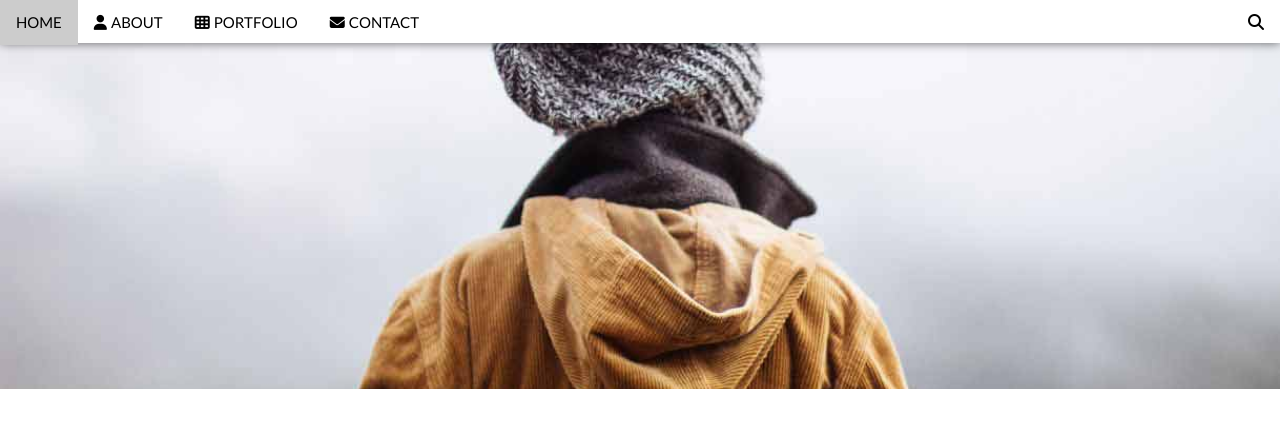
Repository: xd25vn/project-error
Page: index.html
These files come from the project's save history. The page is drawn as it stood at one moment and after the next save; the edit follows.
The browser window is 1280 px wide. The pictures show the whole page.

Above is the page before, as saved 2023-09-02 14:24:37.

### index.html
<html lang="en">
<head>
    <meta charset="UTF-8">
    <meta name="viewport" content="width=device-width, initial-scale=1.0">
    <title>TEMPLATE PARALLAX</title>
    <link rel="stylesheet" href="./assets/base.css">
    <link rel="stylesheet" href="./assets/main.css">
    <link rel="stylesheet" href="https://fonts.googleapis.com/css?family=Lato">
    <link rel="stylesheet" href="./assets/font/fontawesome-free-6.4.0-web/fontawesome-free-6.4.0-web/css/all.min.css">
</head>
<body>
    <!--! HEADER -->
    <header>
        <!--? NAV -->
        <ul id="nav">
            <li><a href="#">Home</a></li>
            <li><a href="#"><i class="fa-solid fa-user"></i>About</a></li>
            <li><a href="#"><i class="fa fa-th"></i>Portfolio</a></li>
            <li><a href="#"><i class="fa-solid fa-envelope"></i>contact</a></li>
        </ul>
        <div class="nav-icon-search">
            <i class="fa-solid fa-magnifying-glass"></i>
        </div>
        <!--? NAV -->
    </header>
    <!--! HEADER -->
    <!--& SIDEBAR -->
    <div id="sidebar">
        <div class="sidebar-img-one"></div>
    </div>
    <!-- & SIDEBAR -->
    <div id="content">
        <div class="about">

        </div>

        <div class="portfolio">

        </div>

        <div class="my-work">

        </div>

        <div class="contact">

        </div>

        <div class="map-work">

        </div>
    </div>

    <footer id="footer">

    </footer>
</body>
</html>

### assets/base.css
* {
    margin: 0;
    padding: 0;
    box-sizing: border-box;
}
body {
    background-color: #fff;
    font-family: "Lato", sans-serif;
}

### assets/main.css
header #nav {
    display: flex;
    height: 43px;
    width: 100%;
    background-color: #fff;
    box-shadow: 0 0 10px rgba(0, 0, 0, 0.6);
    list-style: none;
    align-items: center;
    position: relative;
}

header #nav li {
    padding: 14px 16px;
    display: block;
}

header #nav li i {
    padding-right: 4px;
}

header
#nav
li a {
    text-decoration: none;
    color: #000;
    font-size: 15px;
    text-transform: uppercase;
}

header
#nav
li:hover {
    background: #ccc;
    cursor: pointer;
}

header
.nav-icon-search
i {
    position: absolute;
    top: 0;
    right: 0;
    padding: 14px 16px;
    text-align: center;
}

header .nav-icon-search:hover i {
    background-color: #f44336 !important;
    color: #fff;
    display: block;
    cursor: pointer;
}

#sidebar .sidebar-img-one {
    background: url(../assets/image/sidebar1.jpg) center / cover no-repeat;
    padding-top: 27%;
}

Loaded but not shown: assets/font/fontawesome-free-6.4.0-web/fontawesome-free-6.4.0-web/css/all.min.css (library)

After the next save:
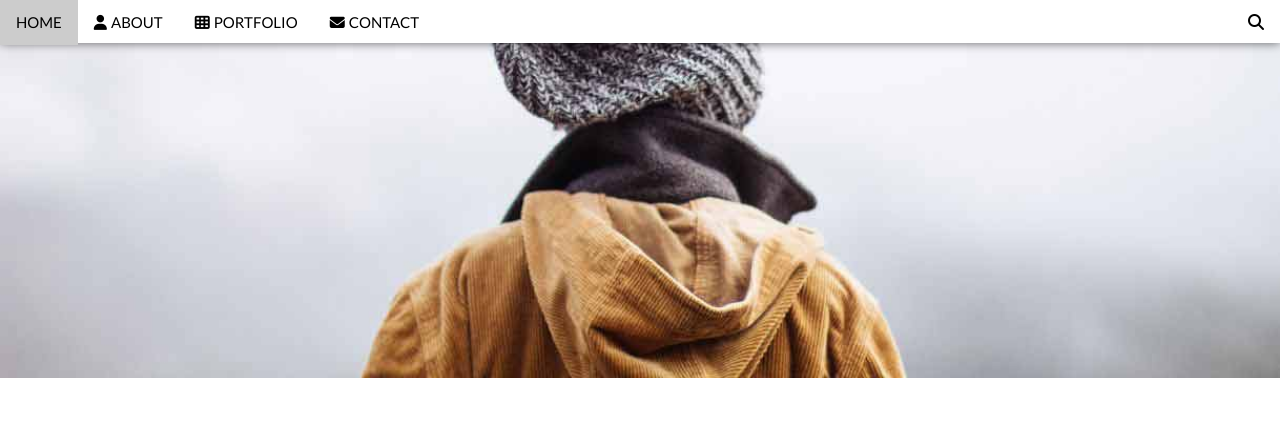
Saved 21 s later.
--- a/assets/main.css
+++ b/assets/main.css
@@ -53,5 +53,5 @@
 
 #sidebar .sidebar-img-one {
     background: url(../assets/image/sidebar1.jpg) center / cover no-repeat;
-    padding-top: 27%;
+    padding-top: calc(27% - 10.8px);
 }

After the save that followed:
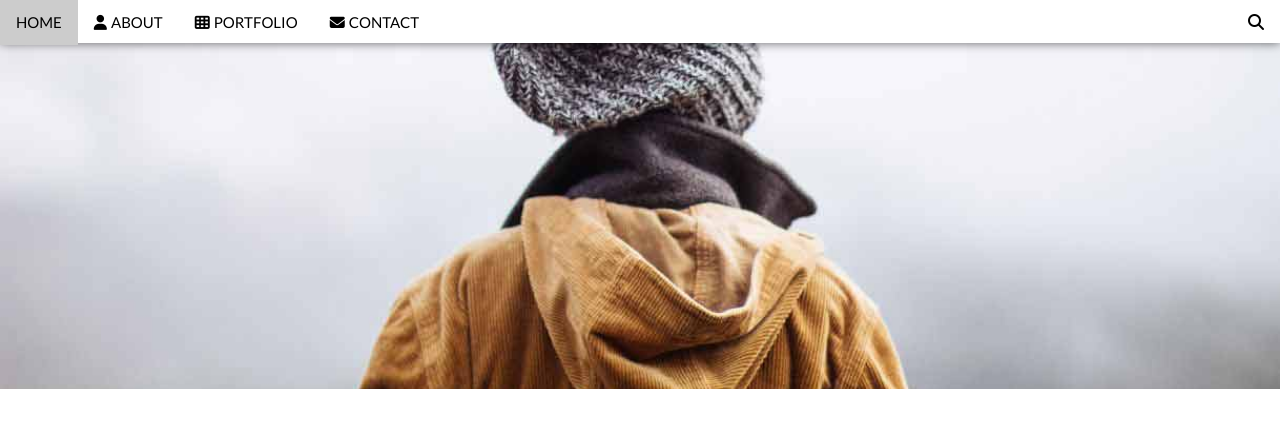
Saved 13 s later.
--- a/assets/main.css
+++ b/assets/main.css
@@ -53,5 +53,5 @@
 
 #sidebar .sidebar-img-one {
     background: url(../assets/image/sidebar1.jpg) center / cover no-repeat;
-    padding-top: calc(27% - 10.8px);
+    padding-top: calc(27%);
 }
